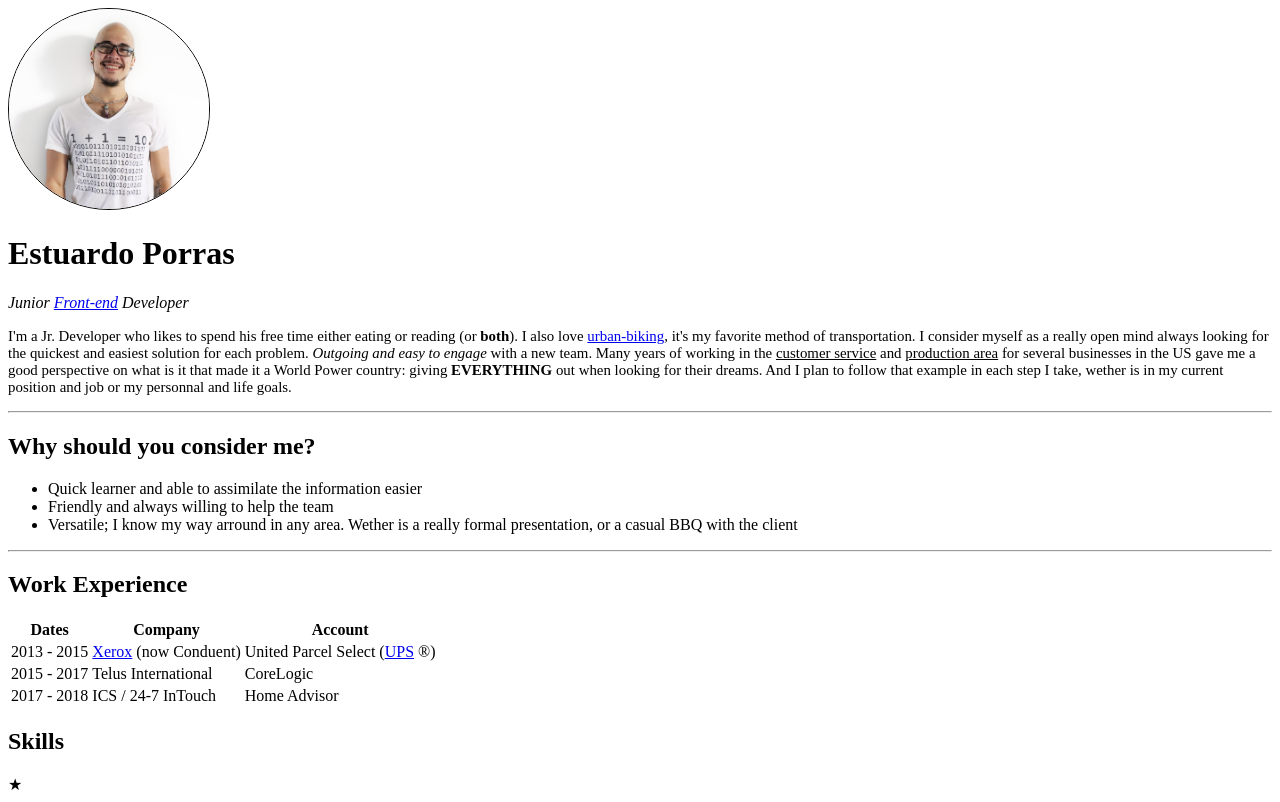
Repository: soloestuardo/bootstrap
Page: proyectos/cv/index.html
The author's editor kept a record of every edit. The page is drawn from the files as they stood at one moment, then again after the next edit.
The browser window is 1280 px wide. The pictures show the whole page.

Above is the page before.

### proyectos/cv/index.html
<!DOCTYPE html>
<html>
<head>
    <meta charset="UTF-8">
    <meta name="author" content="Estuardo Porras">
    <title>Curriculum Vitae</title>
</head>
<body>

    <!------------------HEADER------------------>

    <header>
        <img src="img/ep.jpg" alt="Profile Picture" style="width:200px; height:200px; border:1px solid black; border-radius:270px;">
        <h1>Estuardo Porras</h1>
        <p><em>Junior <a href="#">Front-end</a> Developer</em></p>
    </header>

    <!------------------MAIN------------------>

    <main>

        <!------------------------------------DESCRIPCIÓN------------------------------------>

        <section class="descripcion">
            <p style="font-size:0.93em;">I'm a Jr. Developer who likes to spend his free time either eating or reading (or <strong>both</strong>). I also love <a href="#">urban-biking</a>, it's my favorite method of transportation.
            I consider myself as a really open mind always looking for the quickest and easiest solution for each problem. <em>Outgoing and easy to engage</em> with a new team.
            Many years of working in the <u>customer service</u> and <u>production area</u> for several businesses in the US gave me a good perspective on what is it that made it a
            World Power country: giving <strong>EVERYTHING</strong> out when looking for their dreams. And I plan to follow that example in each step I take, wether is in my current position and job or my personnal and life goals.</p><hr>
        </section>
        <section class="lista1">
            <h2>Why should you consider me?</h2>
            <ul>
                <li>Quick learner and able to assimilate the information easier</li>
                <li>Friendly and always willing to help the team</li>
                <li>Versatile; I know my way arround in any area. Wether is a really formal presentation, or a casual BBQ with the client</li>
            </ul>
        </section><hr>

        <!------------------------------------EXPERIENCIA------------------------------------>

        <section class="work">
            <h2>Work Experience</h2>
            <table>
                <tr>
                    <th>Dates</th>
                    <th>Company</th>
                    <th>Account</th>
                </tr>
                <tr>
                    <td>2013 - 2015</td>
                    <td><a href="#">Xerox</a> (now Conduent)</td>
                    <td>United Parcel Select (<a href="#">UPS</a> ®)</td>
                </tr>
                <tr>
                    <td>2015 - 2017</td>
                    <td>Telus International</td>
                    <td>CoreLogic</td>
                </tr>
                <tr>
                    <td>2017 - 2018</td>
                    <td>ICS / 24-7 InTouch</td>
                    <td>Home Advisor</td>
                </tr>
            </table>
        </section>

        <!------------------------------------HABILIDADES------------------------------------>

        <h2>Skills</h2>
        <table>
            <tr>

            </tr>
            <tr>

            </tr>
            <tr>

            </tr>
            <tr>

            </tr>
        </table>

        &#x2605;

    </main>

    <!------------------FOOTER------------------>

    <footer>

    </footer>
</body>
</html>

After the next edit:
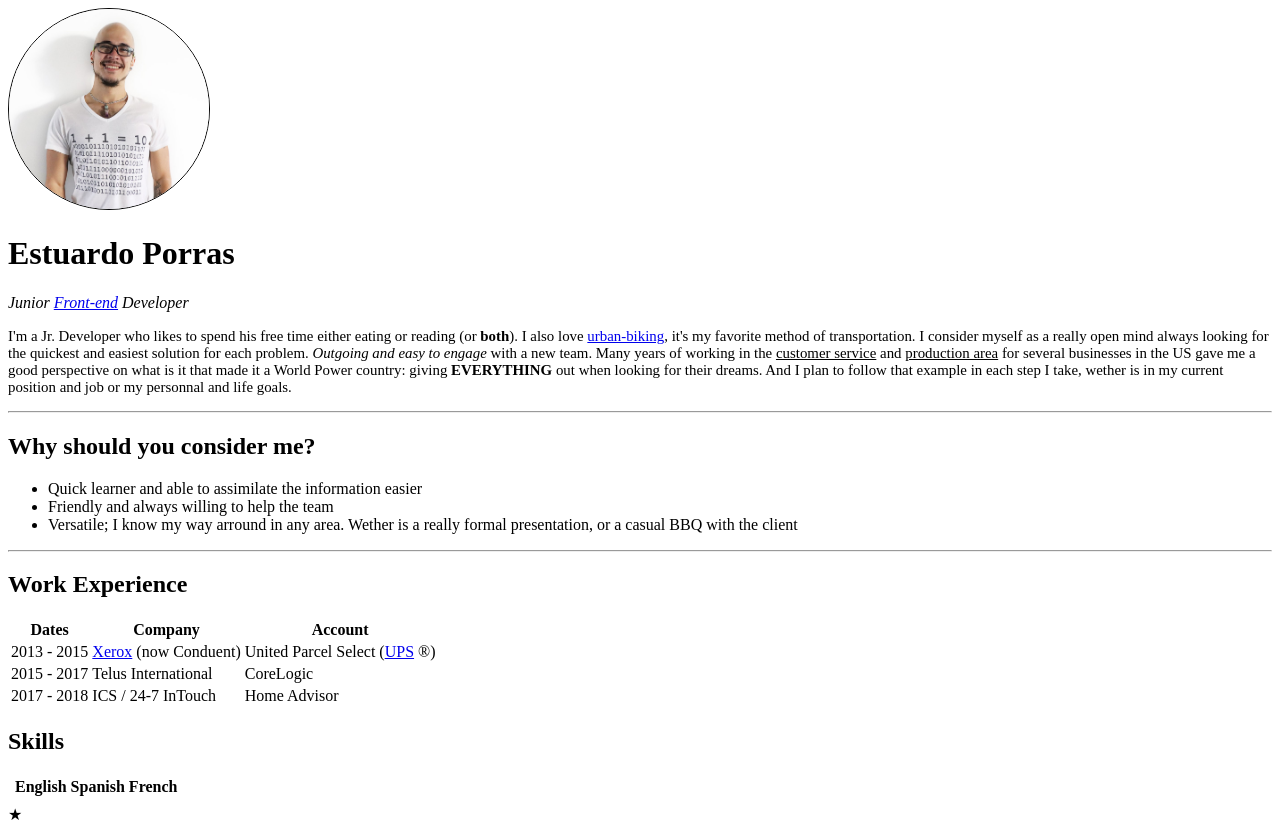
The edit:
--- a/proyectos/cv/index.html
+++ b/proyectos/cv/index.html
@@ -69,7 +69,10 @@
         <h2>Skills</h2>
         <table>
             <tr>
-
+                <th></th>
+                <th>English</th>
+                <th>Spanish</th>
+                <th>French</th>
             </tr>
             <tr>
 
